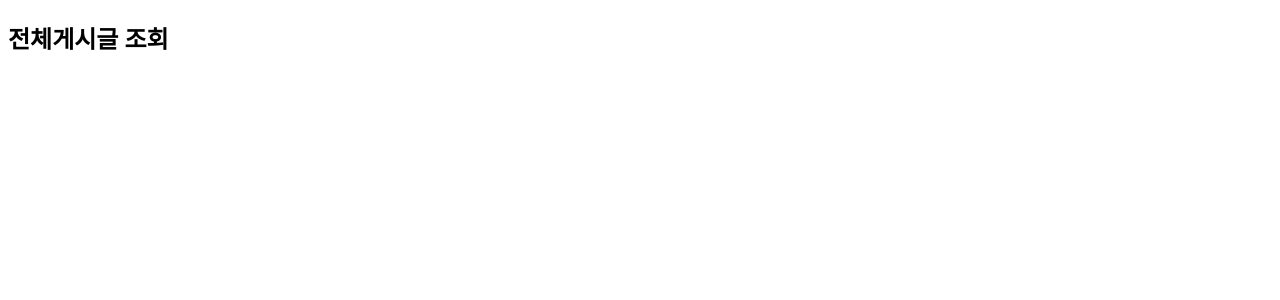
Repository: nijooymik/smartfactory
Page: http://localhost/Lecture-MVC/board/list.do
These files come from the project's save history. The page is drawn as it stood at one moment and after the next save; the edit follows.
The browser window is 1280 px wide. The pictures show the whole page.
The page is served by Tomcat 9. Queries for data that is not in the repository find no rows.

Above is the page before, as saved 2022-07-25 08:58:20.

After the next save:
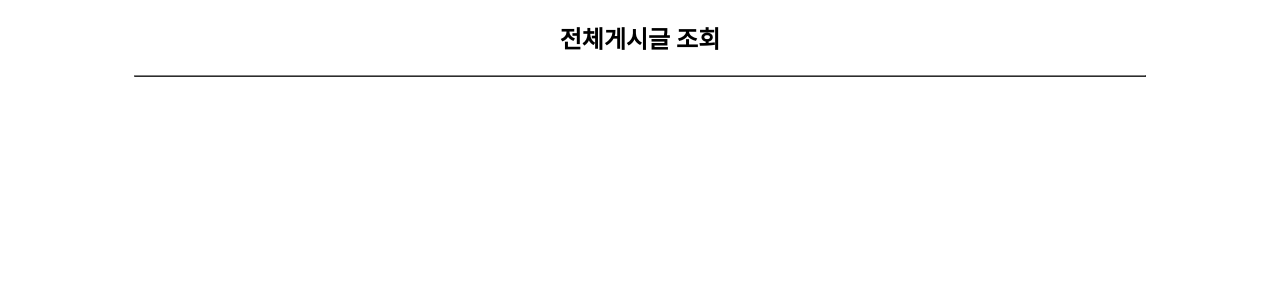
Saved 3 min 32 s later.
--- a/web_workspace/Lecture-MVC/src/main/webapp/jsp/board/list.jsp
+++ b/web_workspace/Lecture-MVC/src/main/webapp/jsp/board/list.jsp
@@ -9,7 +9,12 @@
 <title>Insert title here</title>
 </head>
 <body>
-	<h2>전체게시글 조회</h2>
+	<div align="center">
+		<h2>전체게시글 조회</h2>
+
+		<table border="1" style="width: 80%">
+		</table>
+	</div>
 
 	<c:forEach items="${ list }" var="board">
 	${ board.title } : ${ board.writer }<br>
